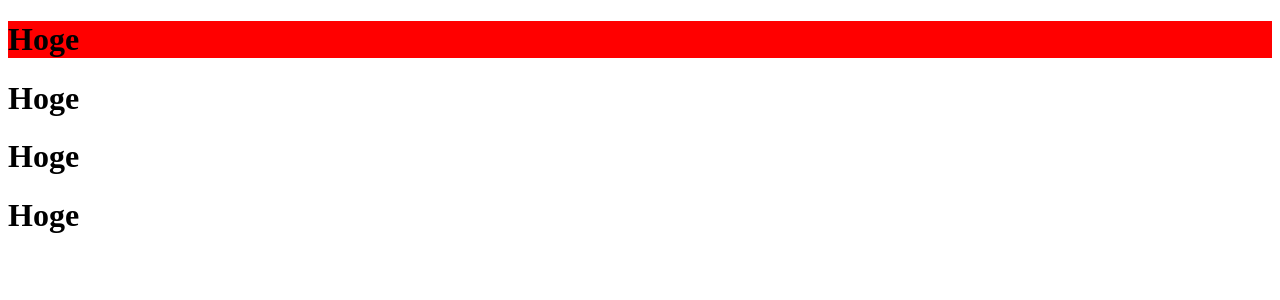
Repository: Ryota-Nonaka/samurai_HTML-CSS
Page: fuga/images/first-child.html
The author's editor kept a record of every edit. The page is drawn from the files as they stood at one moment, then again after the next edit.
The browser window is 1280 px wide. The pictures show the whole page.

Above is the page before.

After the next edit:
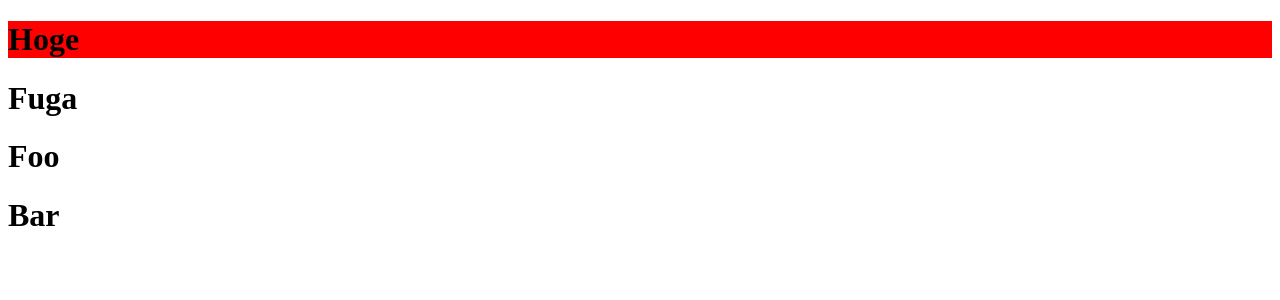
The edit:
--- a/fuga/images/first-child.html
+++ b/fuga/images/first-child.html
@@ -9,8 +9,8 @@
 </head>
 <body>
     <h1>Hoge</h1>
-    <h1>Hoge</h1>
-    <h1>Hoge</h1>
-    <h1>Hoge</h1>
+    <h1>Fuga</h1>
+    <h1>Foo</h1>
+    <h1>Bar</h1>
 </body>
 </html>
